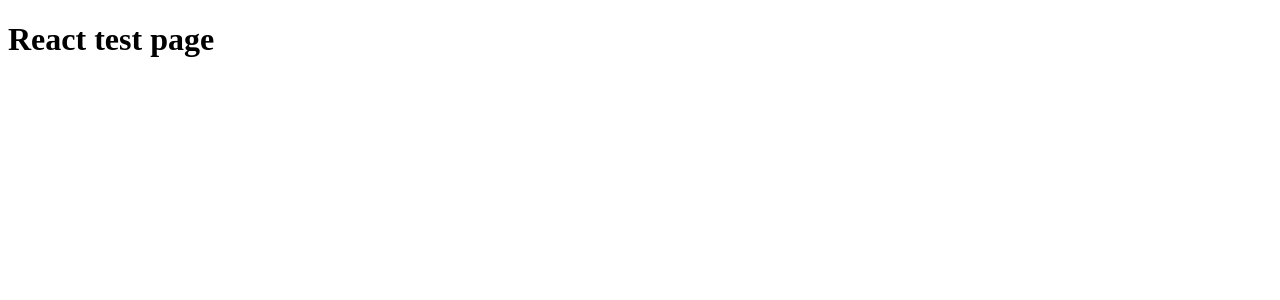
Repository: Paveldub/photo-mvp
Page: /
These files come from the project's save history. The page is drawn as it stood at one moment and after the next save; the edit follows.
The browser window is 1280 px wide. The pictures show the whole page.
The project was rebuilt for these pictures with package versions that can differ from the ones it lists, and the page was loaded fresh each time. Also part of the build but not shown: webpack.config.js.

Above is the page before, as saved 2021-06-10 16:34:36.

### src/index.html
<!DOCTYPE html>
<html lang="en">
<head>
  <meta charset="UTF-8">
  <meta http-equiv="X-UA-Compatible" content="IE=edge">
  <meta name="viewport" content="width=device-width, initial-scale=1.0">
  <title>React template</title>
</head>
<body>

  <div id="root"></div>

</body>
</html>

### src/index.tsx
import ReactDom from 'react-dom';
import { App } from './App';

ReactDom.render(<App />, document.getElementById('root'))

### src/App.tsx
export const App = () => {
  return <h1>React test page</h1>
}

export default App;

After the next save:
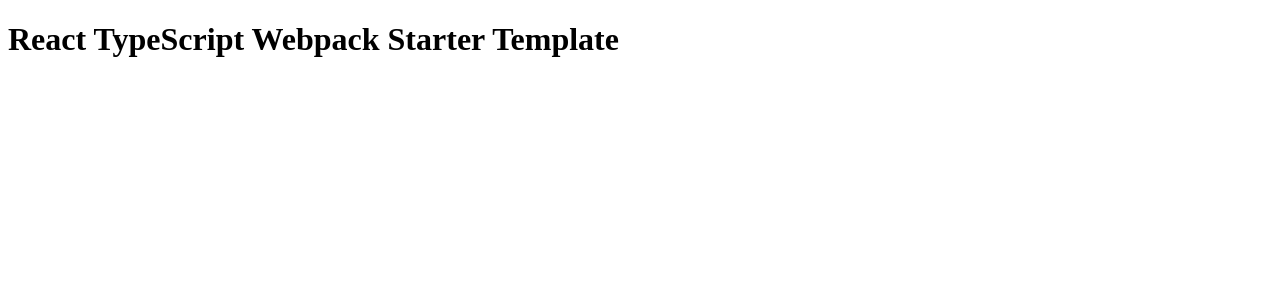
Saved 40 s later.
--- a/src/App.tsx
+++ b/src/App.tsx
@@ -1,5 +1,8 @@
+
 export const App = () => {
-  return <h1>React test page</h1>
+  return (
+    <>
+      <h1>React TypeScript Webpack Starter Template</h1>
+    </>
+  )
 }
-
-export default App;
